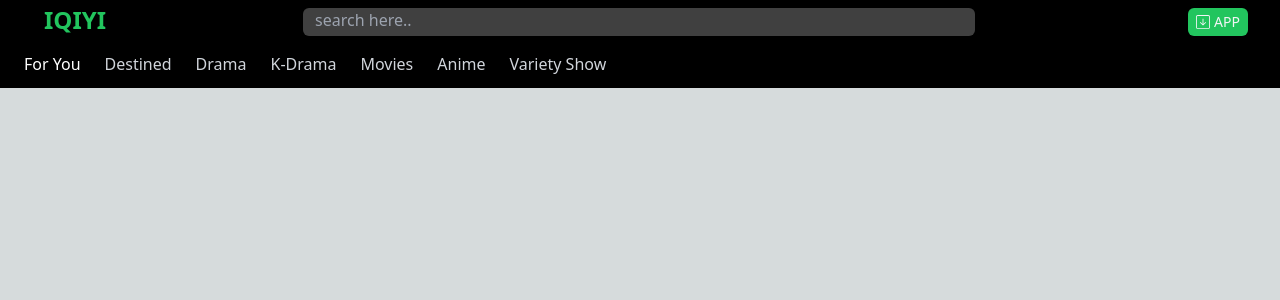
Repository: cozocozy/iqiyi-clone
Page: /
The author's editor kept a copy of each file at every save. The page is drawn from the files as they stood at one save, then again after the next save.
The browser window is 1280 px wide. The pictures show the whole page.
The project was rebuilt for these pictures with package versions that can differ from the ones it lists, and the page was loaded fresh each time. The framework's server and built-in components were replaced by stand-ins that run in the browser. Also part of the build but not shown: next.config.js.

Above is the page before, as saved 2023-07-16 10:50:38.

After the next save:
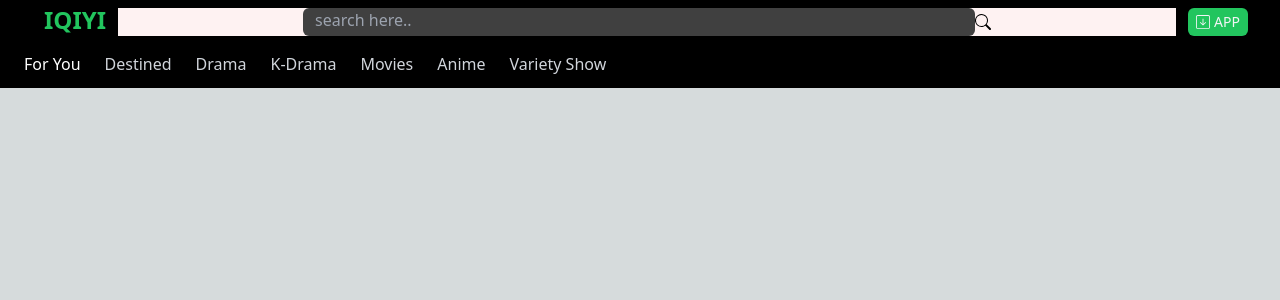
Saved 101 s later.
--- a/pages/components/Header.tsx
+++ b/pages/components/Header.tsx
@@ -15,7 +15,7 @@
         </div>
 
         {/* middle part */}
-        <div className="flex justify-center items-center w-full mt-1 ">
+        <div className="flex justify-center items-center w-full mt-1 bg-red-50 ">
           <input className="rounded rounded-md bg-neutral-700 w-full max-w-2xl pl-3 pb-1" placeholder="search here.." autoComplete="off"></input>
           <button className="">
             <BsSearch />
